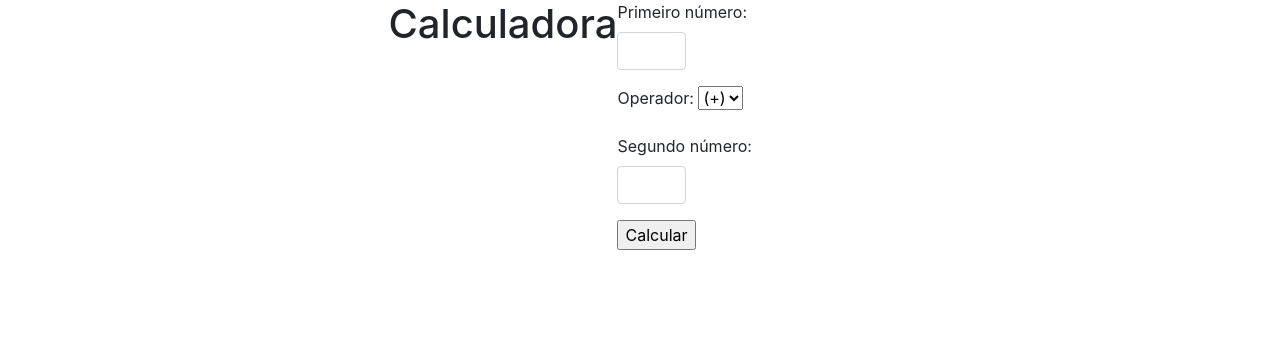
Repository: babirms/DAC
Page: Calculadora/WebContent/home.html
The author's editor kept a copy of each file at every save. The page is drawn from the files as they stood at one save, then again after the next save.
The browser window is 1280 px wide. The pictures show the whole page.

Above is the page before, as saved 2020-09-20 22:39:48.
Console error (its wording comes from the project's code and is left out).

### Calculadora/WebContent/home.html
<!DOCTYPE html>
<html>
<head>
<meta charset="ISO-8859-1">
<title>Calculadora - Página Inicial</title>
<link href="bootstrap/css/bootstrap.min.css" rel="stylesheet"
	type="text/css" />
<script type="text/javascript" src="bootstrap/js/bootstrap.min.js"></script>
</head>
<body>

	<div class="d-flex justify-content-center">
		<h1>Calculadora</h1>
		<form action="CalculadoraServlet" method="get">
			<div class="form-group">
				<label for="primeiroNum">Primeiro número: </label> <input
					type="number" class="form-control col-sm-3" name="primeiroValue"
					id="primeiroNum ">
			</div>
			<div class="form-group">
				<label>Operador: </label> <select name="operacao">
					<option value="soma">(+)</option>
					<option value="sub">(-)</option>
					<option value="mul">(*)</option>
					<option value="div">(/)</option>
				</select>
			</div>
			<div class="form-group">
				<label for="segundoNum">Segundo número: </label> <input
					type="number" id="segundoNum" class="form-control col-sm-3"
					name="segundoValue">
			</div>
			<input type="submit" value="Calcular">
		</form>
	</div>

</body>
</html>

Loaded but not shown: Calculadora/WebContent/bootstrap/css/bootstrap.min.css (library); Calculadora/WebContent/bootstrap/js/bootstrap.min.js (library)

After the next save:
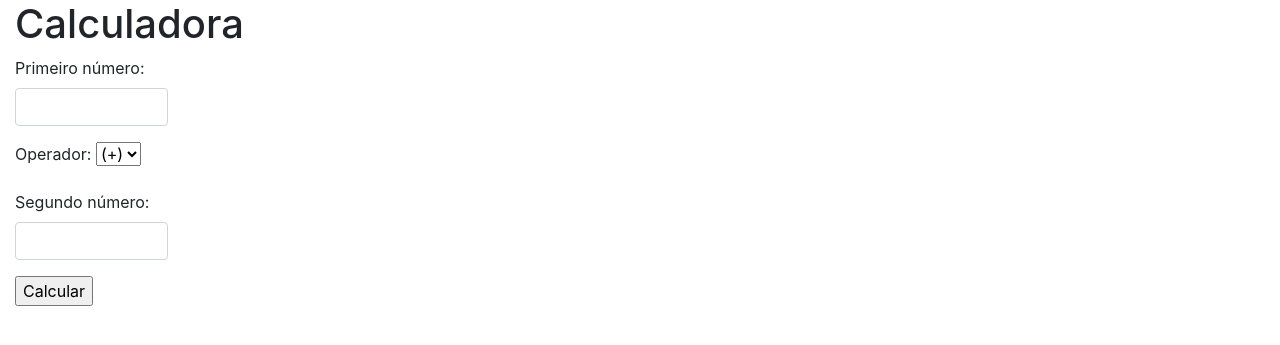
Saved 39 s later.
--- a/Calculadora/WebContent/home.html
+++ b/Calculadora/WebContent/home.html
@@ -9,7 +9,7 @@
 </head>
 <body>
 
-	<div class="d-flex justify-content-center">
+	<div class="col-md-6 my-auto">
 		<h1>Calculadora</h1>
 		<form action="CalculadoraServlet" method="get">
 			<div class="form-group">
